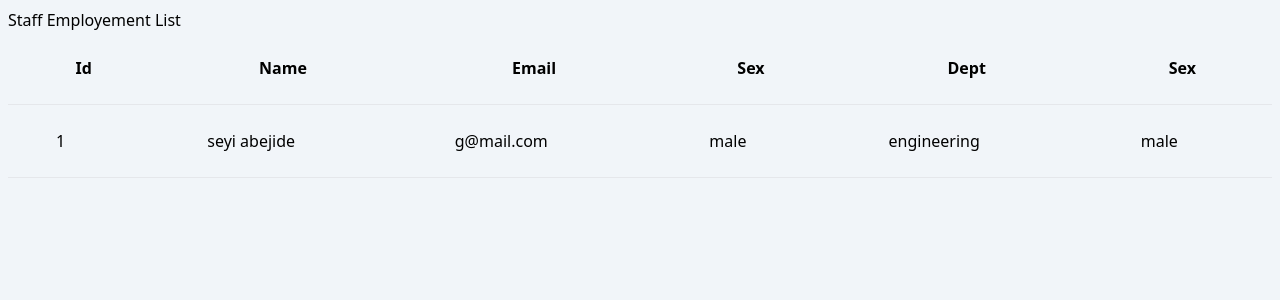
Repository: Semanmernstack/crud
Page: /
The author's editor kept a copy of each file at every save. The page is drawn from the files as they stood at one save, then again after the next save.
The browser window is 1280 px wide. The pictures show the whole page.
The project was rebuilt for these pictures with package versions that can differ from the ones it lists, and the page was loaded fresh each time. Requests to the local data server were answered from the project's data file. Also part of the build but not shown: src/Details.js, src/Create.js, src/Edit.js.

Above is the page before, as saved 2022-12-24 00:38:54.

After the next save:
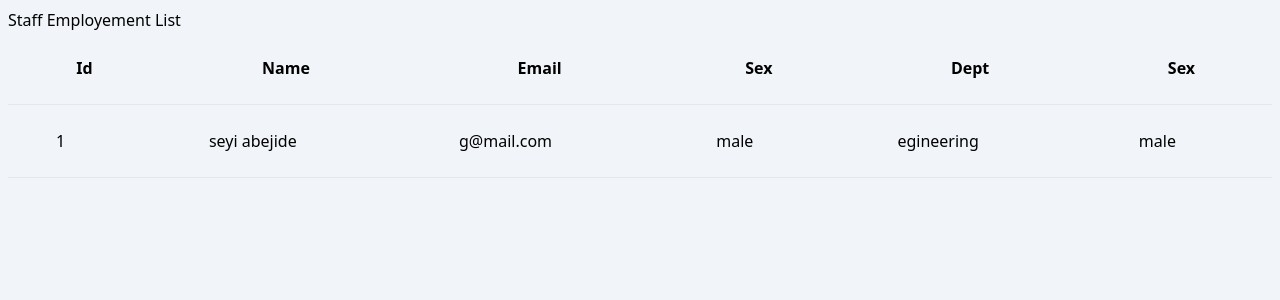
Saved 60 s later.
--- a/src/List.js
+++ b/src/List.js
@@ -42,8 +42,8 @@ function List() {
                         <td className=" lg:py-6 lg:px-12 py-3 px-6">{record.id}</td>
                         <td className=" lg:py-6 lg:px-12 py-3 px-6" >{record.name}</td>
                         <td className=" lg:py-6 lg:px-12 py-3 px-6">{record.email}</td>
-                        <td className=" lg:py-6 lg:px-12 py-3 px-6">male</td>
-                        <td className=" lg:py-6 lg:px-12 py-3 px-6">engineering</td>
+                        <td className=" lg:py-6 lg:px-12 py-3 px-6">{record.sex}</td>
+                        <td className=" lg:py-6 lg:px-12 py-3 px-6">{record.dept}</td>
                         <td className=" lg:py-6 lg:px-12 py-3 px-6">male</td>
                     </tr>
                     ))
